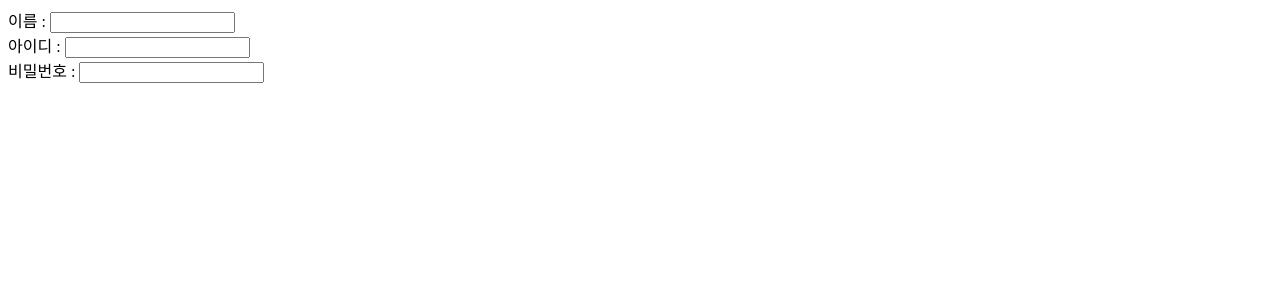
Repository: tjdwlsaos22/TJ_JSP
Page: jsp/HTML/src/main/webapp/Lec06.html
An editor plug-in stored every save of this project. The page is shown before and after the next save, followed by the edit.
The browser window is 1280 px wide. The pictures show the whole page.

Above is the page before, as saved 2024-01-17 04:48:09.

After the next save:
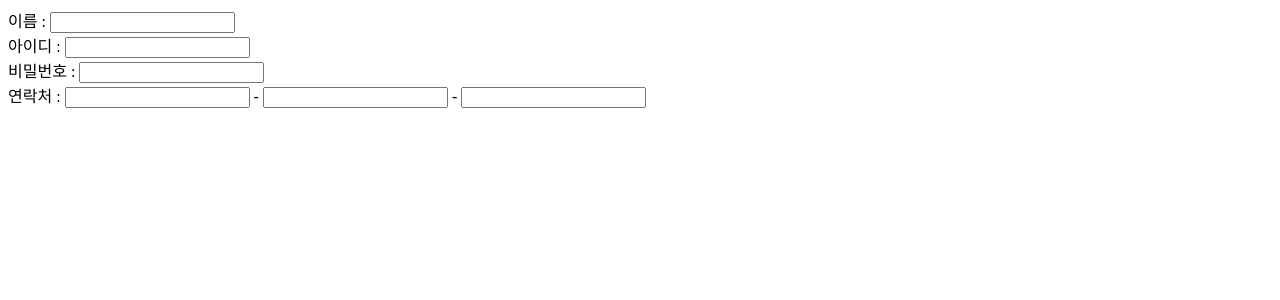
Saved 98 s later.
--- a/jsp/HTML/src/main/webapp/Lec06.html
+++ b/jsp/HTML/src/main/webapp/Lec06.html
@@ -9,7 +9,10 @@
 			이름	: <input type="text" name="userName"> <br>
 			아이디 : <input type="text" name="userId"> <br>
 			비밀번호 : <input type="password" name="userPassword"> <br>
-
+			연락처 :
+				<input type="text" name="phone1"> -
+				<input type="text" name="phone2"> -
+				<input type="text" name="phone3"> <br>
 		</form>
 	</body>
 </html>
